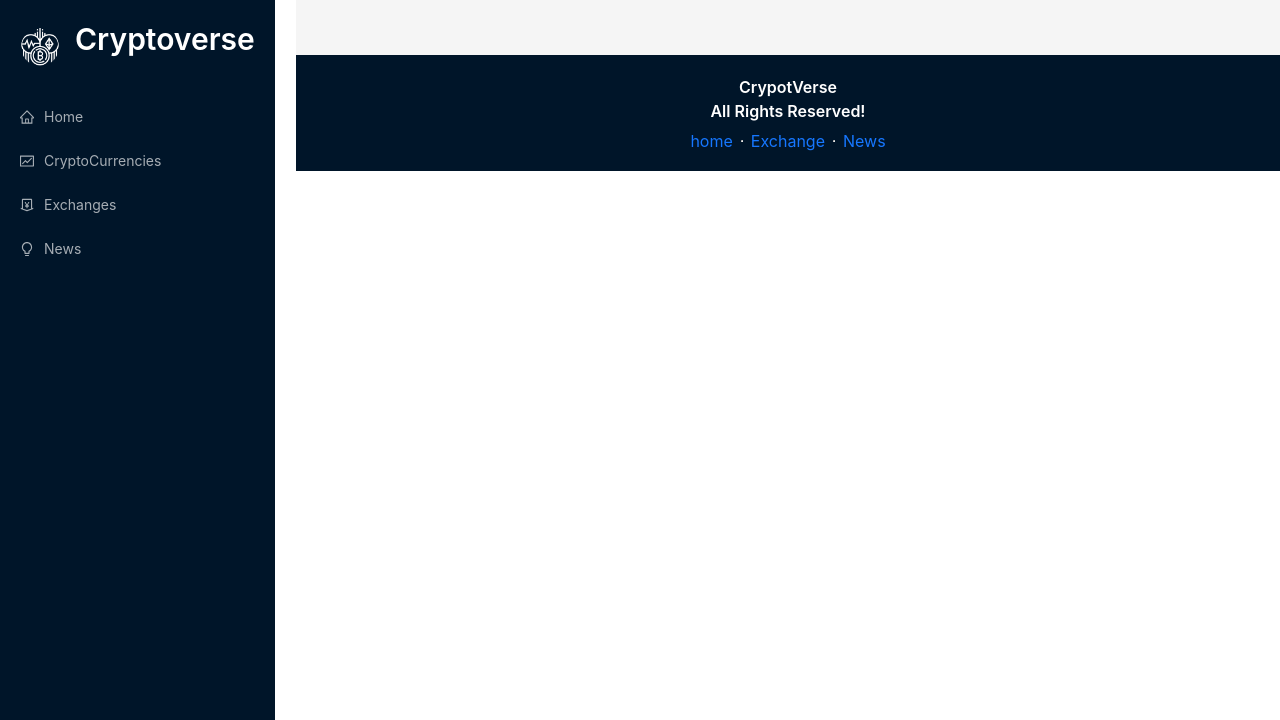
Repository: EyanIngles/CryptoWatcher
Page: /
The author's editor kept a copy of each file at every save. The page is drawn from the files as they stood at one save, then again after the next save.
The browser window is 1280 px wide. The pictures show the whole page.
The project was rebuilt for these pictures with package versions that can differ from the ones it lists, and the page was loaded fresh each time. Also part of the build but not shown: src/components/Cryptocurrencies.jsx, src/components/CryptoDetails.jsx, src/components/Exchanges.jsx, src/components/News.jsx.

Above is the page before, as saved 2024-05-01 11:08:46.

After the next save:
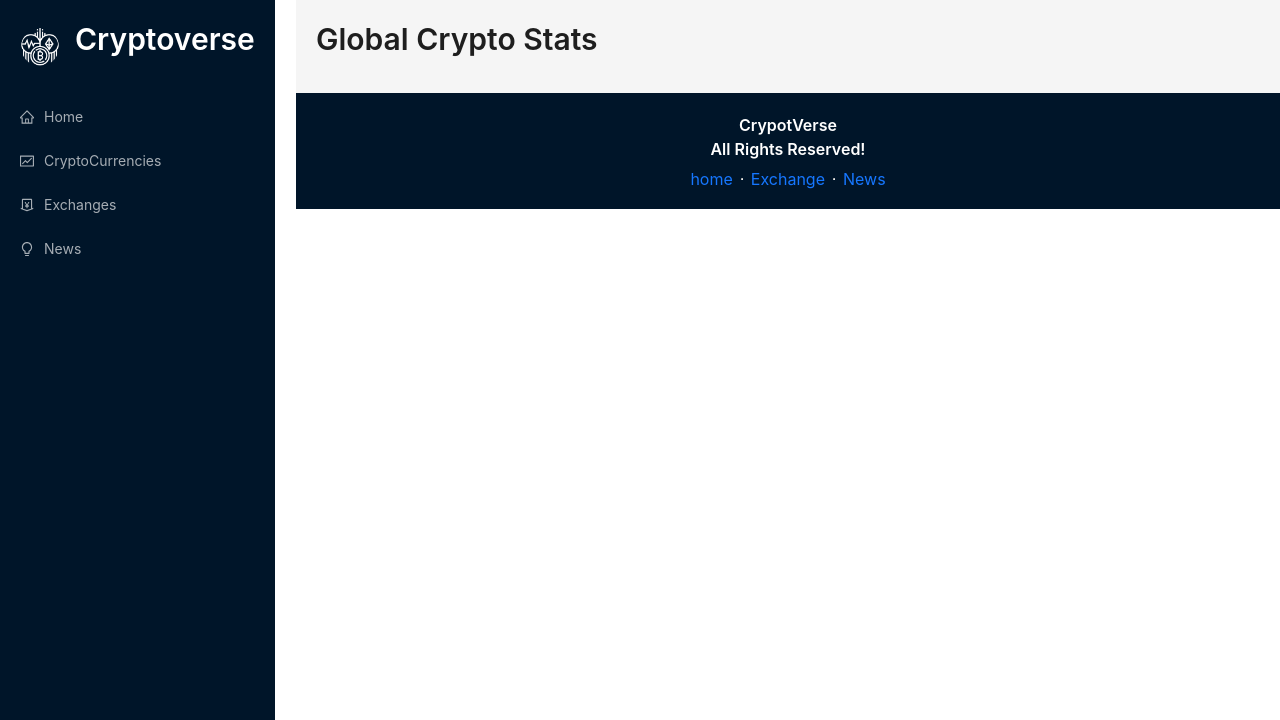
Saved 17 s later.
--- a/src/components/Homepage.jsx
+++ b/src/components/Homepage.jsx
@@ -6,7 +6,7 @@ import { Link } from 'react-router-dom';
 const Homepage = () => {
   return (
     <div>
-        <Typography.Title level={2} className='heading'></Typography.Title>
+        <Typography.Title level={2} className='heading'>Global Crypto Stats</Typography.Title>
     </div>
   )
 }
